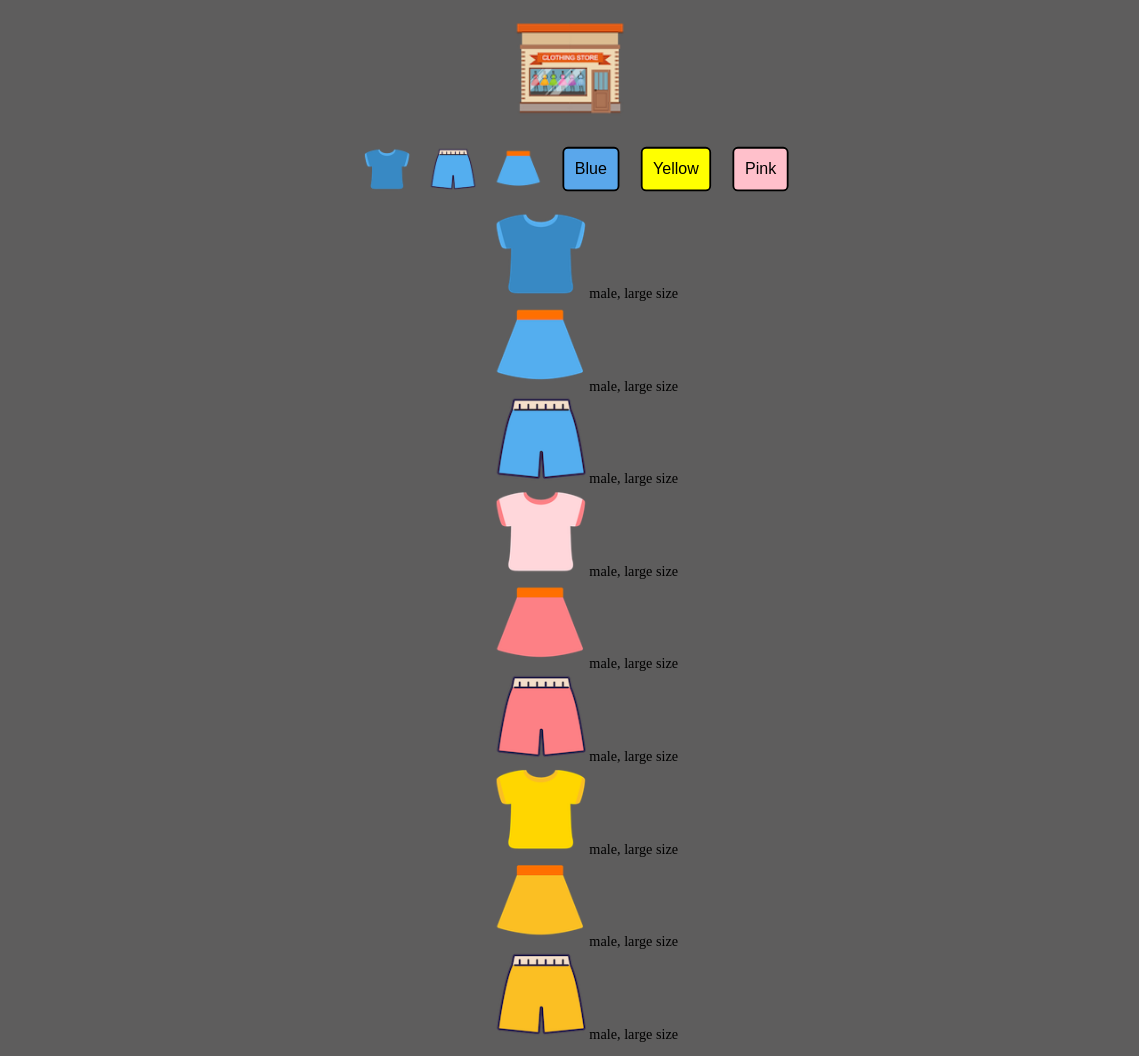
Repository: keehoonjung/Shoppingmall-Game
Page: index.html
These files come from the project's save history. The page is drawn as it stood at one moment and after the next save; the edit follows.
The browser window is 1280 px wide. The pictures show the whole page, at 89% of full size.

Above is the page before, as saved 2021-08-12 13:41:15.

### index.html
<!DOCTYPE html>
<html lang="en">
<head>
    <meta charset="UTF-8">
    <meta http-equiv="X-UA-Compatible" content="IE=edge">
    <meta name="viewport" content="width=device-width, initial-scale=1.0">
    <title>Shoppingamll Game</title>
    <link rel="stylesheet" href="style.css">
    <script src="main.js" defer></script>
</head>
<body>
    <header>
        <img src="./imgs/logo.png" alt="header" class="header__logo">
    </header>
    <ul class="filter">
        <li class="filter__btn">
            <img src="./imgs/blue_t.png" alt="shirt" class="shirt">
        </li>
        <li class="filter__btn">
            <img src="./imgs/blue_p.png" alt="pants" class="pants">
        </li>
        <li class="filter__btn">
            <img src="./imgs/blue_s.png" alt="" class="skirts">
        </li>
        <li class="filter__btn">
            <button class="blue">
                Blue
            </button>
        </li>
        <li class="filter__btn">
            <button class="yellow">
                Yellow
            </button>
        </li>
        <li class="filter__btn">
            <button class="pink">
                Pink
            </button>
        </li>
    </ul>
    <ul class="items">
        <li class="item">
            <img src="./imgs/blue_t.png" alt="blueshirt">
            <span>male, large size</span>
        </li>
        <li class="item">
            <img src="./imgs/blue_s.png" alt="blueshirt">
            <span>male, large size</span>
        </li>
        <li class="item">
            <img src="./imgs/blue_p.png" alt="blueshirt">
            <span>male, large size</span>
        </li>
        <li class="item">
            <img src="./imgs/pink_t.png" alt="blueshirt">
            <span>male, large size</span>
        </li>
        <li class="item">
            <img src="./imgs/pink_s.png" alt="blueshirt">
            <span>male, large size</span>
        </li>
        <li class="item">
            <img src="./imgs/pink_p.png" alt="blueshirt">
            <span>male, large size</span>
        </li>
        <li class="item">
            <img src="./imgs/yellow_t.png" alt="blueshirt">
            <span>male, large size</span>
        </li>
        <li class="item">
            <img src="./imgs/yellow_s.png" alt="blueshirt">
            <span>male, large size</span>
        </li>
        <li class="item">
            <img src="./imgs/yellow_p.png" alt="blueshirt">
            <span>male, large size</span>
        </li>
    </ul>
</body>
</html>

### style.css
* {
  box-sizing: border-box;
}

body {
  background-color: rgb(94, 93, 93);
  text-align: center;
  margin: 0;
}

ul {
  list-style: none;
}

button {
  border: 2px solid black;
  outline: none;
  border-radius: 6px;
  display: inline-block;
  height: 50px;
  padding: 8px 12px;
  font-size: 18px;
}

header {
  margin-top: 20px;
}

.header__logo {
  width: 125px;
}

.filter {
  display: flex;
  justify-content: center;
}

.filter__btn {
  padding-right: 24px;
}

.filter__btn img {
  height: 50px;
}

.blue {
  background-color: rgb(90, 167, 235);
}

.yellow {
  background-color: yellow;
}

.pink {
  background-color: pink;
}

Loaded but not shown: main.js (no copy from this time; the picture is the same without it)

After the next save:
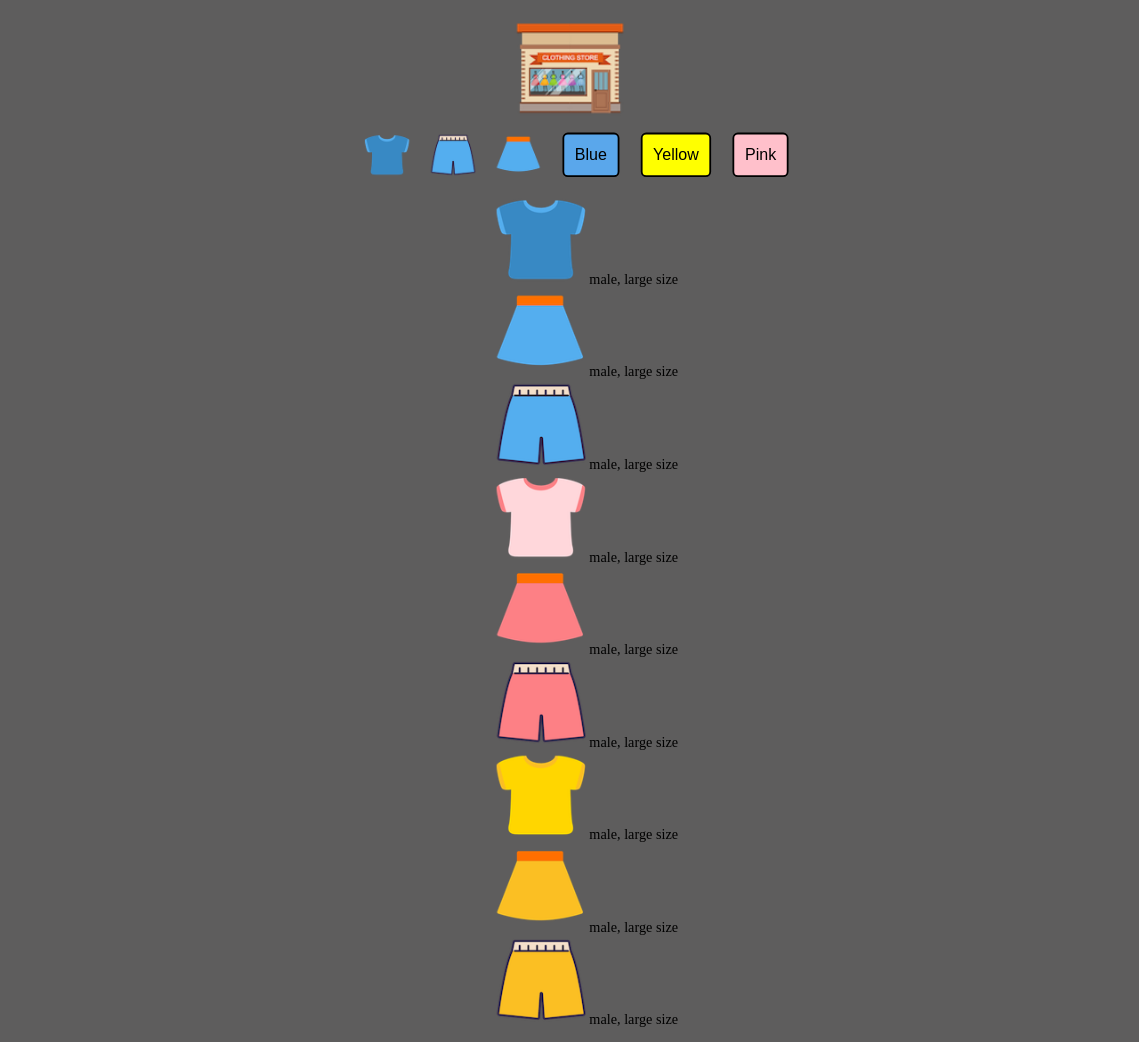
Saved 52 s later.
--- a/style.css
+++ b/style.css
@@ -33,6 +33,7 @@ header {
 .filter {
   display: flex;
   justify-content: center;
+  margin: 0;
 }
 
 .filter__btn {
@@ -54,3 +55,6 @@ header {
 .pink {
   background-color: pink;
 }
+
+.items {
+}
